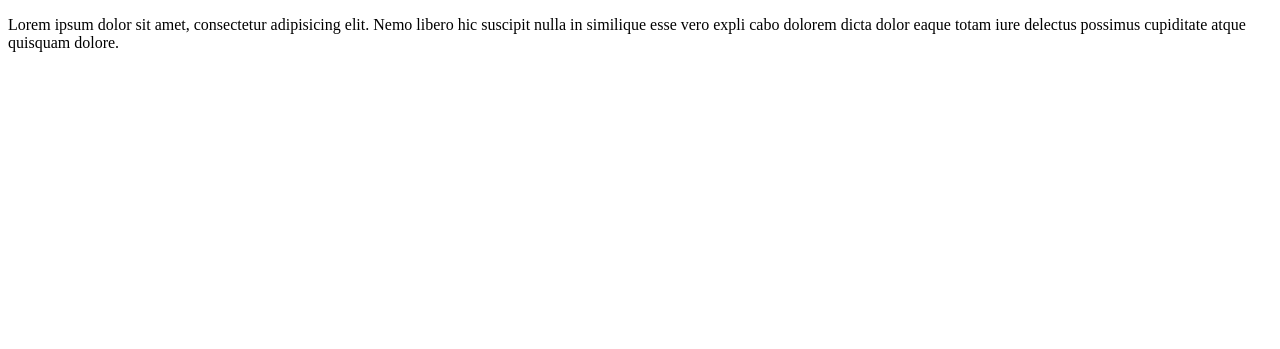
Repository: Balamurugan1914/crud_operation_without_db
Page: html_example/src/main/webapp/aboutus.html
An editor plug-in stored every save of this project. The page is shown before and after the next save, followed by the edit.
The browser window is 1280 px wide. The pictures show the whole page.

Above is the page before, as saved 2022-06-22 10:21:04.

After the next save:
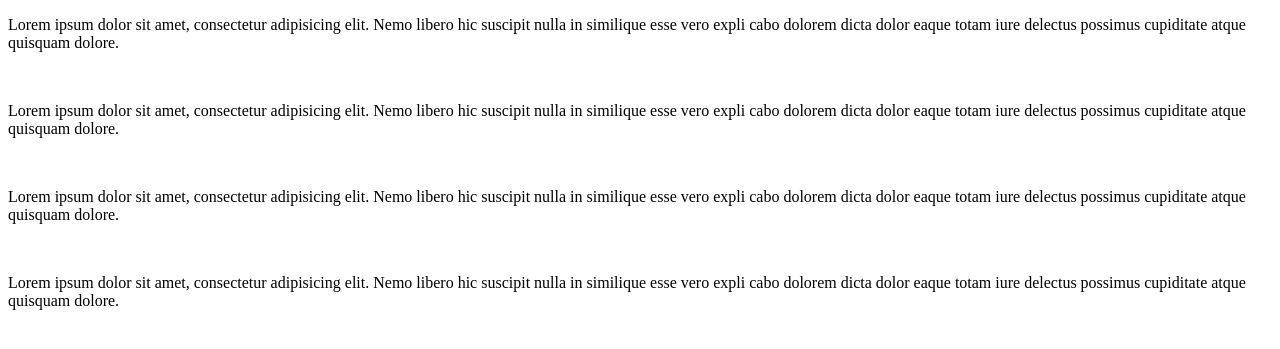
Saved 39 s later.
--- a/html_example/src/main/webapp/aboutus.html
+++ b/html_example/src/main/webapp/aboutus.html
@@ -7,6 +7,18 @@
 <body>
 <p>Lorem ipsum dolor sit amet, consectetur adipisicing elit. Nemo libero hic suscipit nulla in similique esse vero expli
 cabo dolorem dicta dolor eaque totam iure delectus possimus cupiditate atque quisquam dolore.
+</p><br>
+
+<p>Lorem ipsum dolor sit amet, consectetur adipisicing elit. Nemo libero hic suscipit nulla in similique esse vero expli
+cabo dolorem dicta dolor eaque totam iure delectus possimus cupiditate atque quisquam dolore.
+</p><br>
+
+<p>Lorem ipsum dolor sit amet, consectetur adipisicing elit. Nemo libero hic suscipit nulla in similique esse vero expli
+cabo dolorem dicta dolor eaque totam iure delectus possimus cupiditate atque quisquam dolore.
+</p><br>
+
+<p>Lorem ipsum dolor sit amet, consectetur adipisicing elit. Nemo libero hic suscipit nulla in similique esse vero expli
+cabo dolorem dicta dolor eaque totam iure delectus possimus cupiditate atque quisquam dolore.
 </p>
 </body>
 </html>
